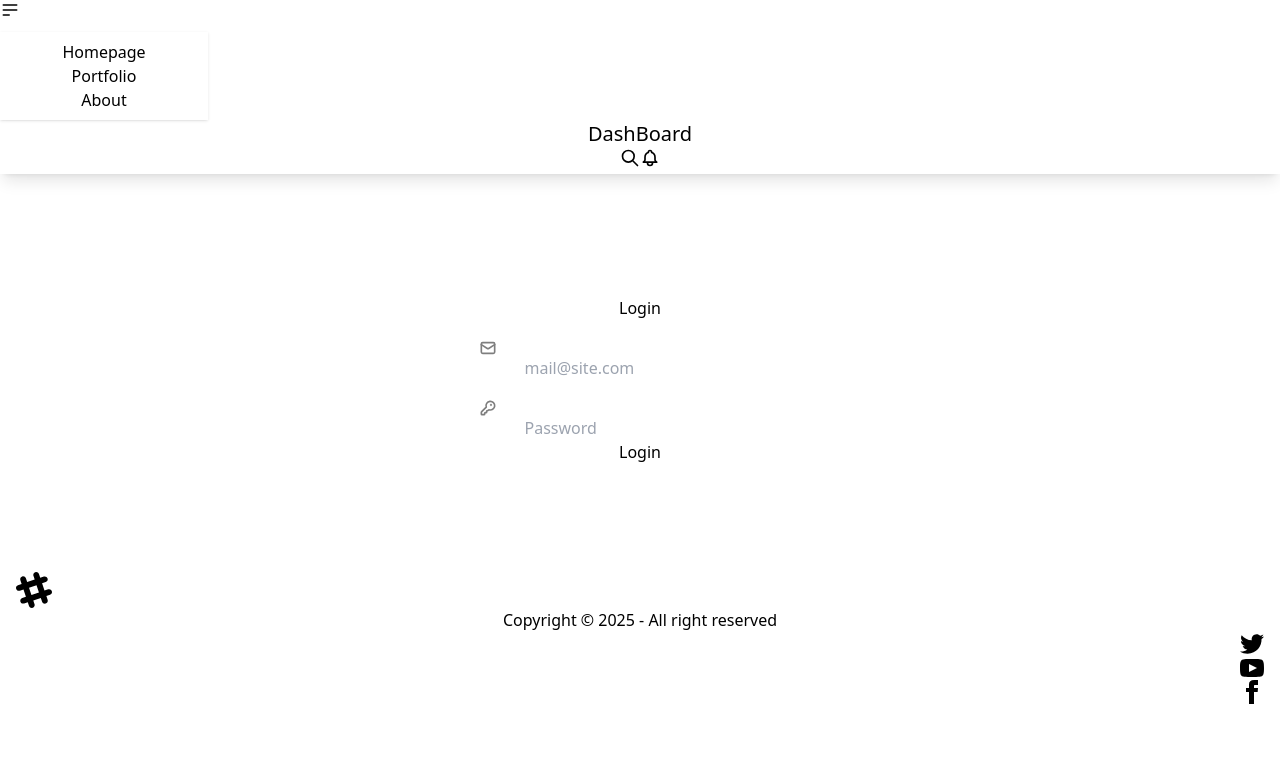
Repository: ROHIT8804/devTinderFrontEnd
Page: /login (app in devTinder-Web/)
These files come from the project's save history. The page is drawn as it stood at one moment and after the next save; the edit follows.
The browser window is 1280 px wide. The pictures show the whole page.
The project was rebuilt for these pictures with package versions that can differ from the ones it lists, and the page was loaded fresh each time. Also part of the build but not shown: devTinder-Web/vite.config.js, devTinder-Web/src/Profile.jsx.

Above is the page before, as saved 2025-07-26 16:58:39.

After the next save:
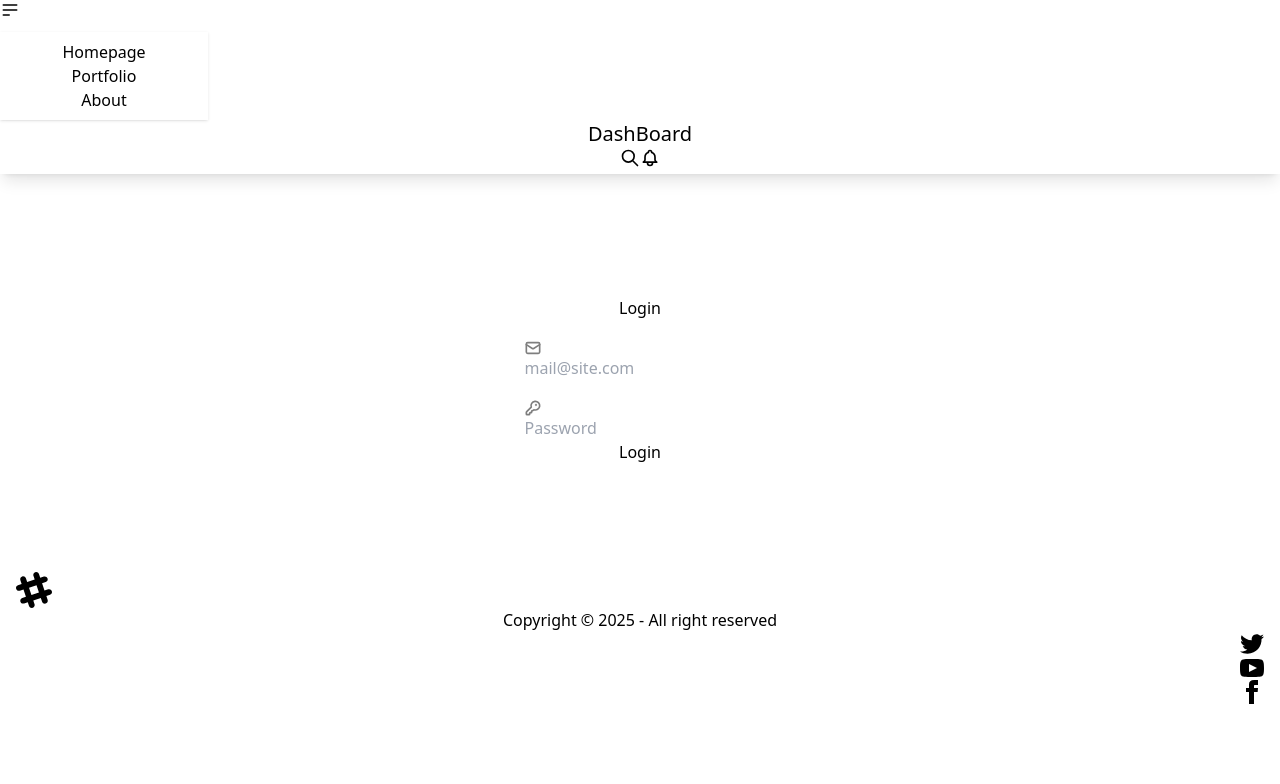
Saved 40 s later.
--- a/devTinder-Web/src/Login.jsx
+++ b/devTinder-Web/src/Login.jsx
@@ -1,6 +1,6 @@
 function Login() {
   return (
-    <div className="card card-border bg-base-100 w-96">
+    <div className="card card-border bg-base-100 w-96 flex flex-col items-center">
         <h2 className="card-title jus">Login</h2>
       <div className="card-body">
         <div class="mt-5">

After the 2 saves that followed:
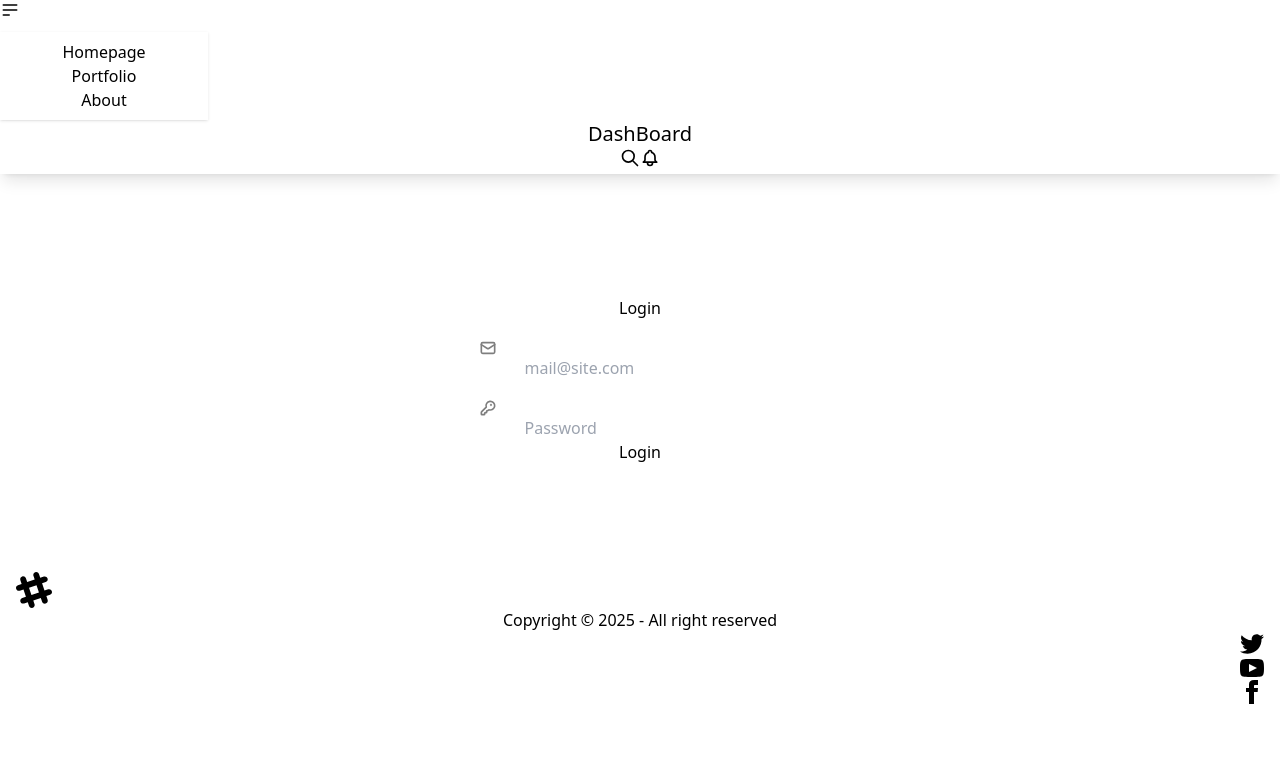
The 2 saves are shown as one change because 1 left the picture as it was.
The last was saved 29 s later.
--- a/devTinder-Web/src/Login.jsx
+++ b/devTinder-Web/src/Login.jsx
@@ -1,6 +1,6 @@
 function Login() {
   return (
-    <div className="card card-border bg-base-100 w-96 flex flex-col items-center">
+    <div className="card card-border bg-base-100 w-96">
         <h2 className="card-title jus">Login</h2>
       <div className="card-body">
         <div class="mt-5">
